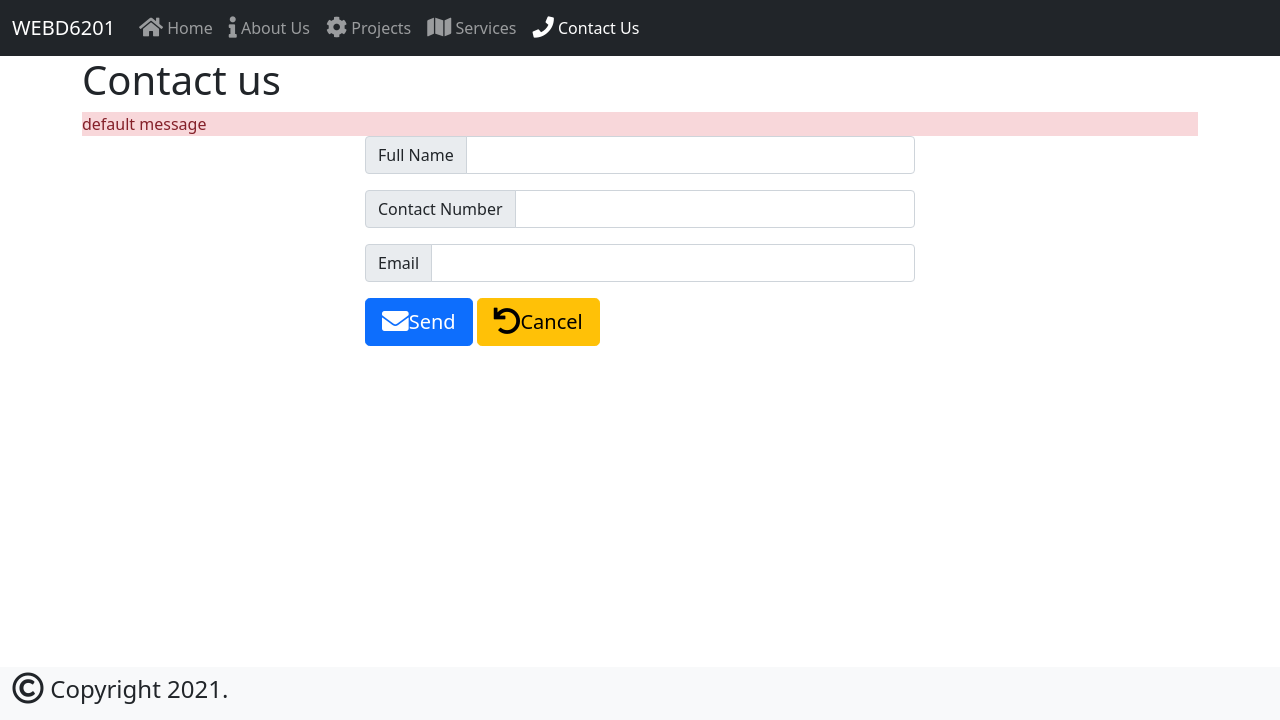
Repository: aphim/Webd6201-wk3
Page: contact.html
The author's editor kept a copy of each file at every save. The page is drawn from the files as they stood at one save, then again after the next save.
The browser window is 1280 px wide. The pictures show the whole page.

Above is the page before, as saved 2021-01-21 09:45:54.

### contact.html
<!DOCTYPE html>
<html lang="en">
<head>
    <meta charset="UTF-8">
    <meta name="viewport" content="width=device-width, initial-scale=1.0">
    <title>Contact</title>
    <!-- CSS Section -->
    <link rel="stylesheet" href="./node_modules/bootstrap/dist/css/bootstrap.min.css">
    <link rel="stylesheet" href="./node_modules/@fortawesome/fontawesome-free/css/all.min.css">
    <link rel="stylesheet" href="./Content/app.css">
</head>
<body>
  <!-- Main Header-->
    <header>
      <!-- Main navigation-->
        <nav class="navbar navbar-expand-lg navbar-dark bg-dark">
            <div class="container-fluid">
              <a class="navbar-brand" href="index.html">WEBD6201</a>
              <button class="navbar-toggler" type="button" data-bs-toggle="collapse" data-bs-target="#navbarSupportedContent" aria-controls="navbarSupportedContent" aria-expanded="false" aria-label="Toggle navigation">
                <span class="navbar-toggler-icon"></span>
              </button>
              <div class="collapse navbar-collapse" id="navbarSupportedContent">
                <ul class="navbar-nav me-auto mb-2 mb-lg-0">
                  <li class="nav-item">
                    <a class="nav-link" aria-current="page" href="index.html"><i class="fas fa-home fa-lg"></i> Home</a>
                  </li>

                  <li class="nav-item">
                    <a class="nav-link" aria-current="page" href="about.html"><i class="fas fa-info fa-lg"></i> About Us</a>
                  </li>

                  <li class="nav-item">
                    <a class="nav-link" aria-current="page" href="projects.html"><i class="fas fa-cog fa-lg"></i> Projects</a>
                  </li>

                  <li class="nav-item">
                    <a class="nav-link" aria-current="page" href="services.html"><i class="fas fa-map fa-lg"></i> Services</a>
                  </li>

                  <li class="nav-item">
                    <a class="nav-link active" aria-current="page" href="contact.html"><i class="fas fa-phone fa-lg"></i> Contact Us</a>
                  </li>
                </ul>
              </div>
            </div>
          </nav>
    </header>

<!--Main Content-->
    <main class="container">
        <h1>Contact us</h1>
<div id="messageArea" class="alert-danger">default message</div>


<div class="row justify-content-lg-center g-3">
  <form class="col-lg-6 col-md-10 col-sm-10">

    <div class="input-group mb-3">
      <label class="input-group-text" id="inputGroup-sizing-defualt">Full Name</label>
      <input id="fullName" type="text" class="form-control" id="Full Name" aria-describedby="Full Name Input"
      name="fullName" required>
    </div>

    <div class="input-group mb-3">
      <label class="input-group-text" id="inputGroup-sizing-defualt">Contact Number</label>
      <input id="contactNumber" type="tel" class="form-control" id="Contact Number" aria-describedby="Contact Number Input"
      name="contactNumber" required>
    </div>

    <div class="input-group mb-3">
      <label class="input-group-text" id="inputGroup-sizing-defualt">Email</label>
      <input id="emailAddress" type="email" class="form-control" id="Email Address" aria-describedby="Email Address Input"
      name="emailAddress" required>
    </div>

    <button type="submit" class="btn btn-primary btn-lg"><i class="fas fa-envelope fa-lg"></i>Send</button>
    <button type="reset" class="btn btn-warning btn-lg"><i class="fas fa-undo fa-lg"></i>Cancel</button>
  </form>
</div>
    </main>

    <!-- Main footer-->
    <footer>
        <nav class="navbar fixed-bottom navbar-light bg-light">
            <div class="container-fluid">
              <h4><i class="far fa-copyright fa-lg"></i> Copyright 2021.</h4>
            </div>
          </nav>
    </footer>

    <!-- Script Section-->
    <script src="./node_modules/jquery/dist/jquery.min.js"></script>
    <script src="./node_modules/bootstrap/dist/js/bootstrap.bundle.min.js"></script>
    <script src="./Scripts/app.js"></script>
</body>
</html>

### Scripts/app.js
/* custom JavaScript goes here */

//IIFE - Immediately Invoked Function Expression
//AKA - Anonymous Self-Executing Function
//Closure - limits scope leak

"use strict";

(function()
{
function displayHome()
{

        let paragraphOneText = "This is a simple site to demonstrate DOM Manipulation for ICE 1";

        //Different ways to select a paragraph element "paragraph one"
        let paragraphOneElement = document.getElementById("paragraphOne");

        //let paragraphOneParagraph = document.getElementsByTagName("p")[0];
        //let paragraphOneQuery = document.querySelector("p");
        //console.log(paragraphOneElement);
        //console.log(paragraphOneParagraph);
        //console.log(paragraphOneQuery);

        paragraphOneElement.textContent = paragraphOneText;
        paragraphOneElement.className = "fs-5";

        // step 1. Create an element
        let newParagraph = document.createElement("p");
        //step 2. configure element
        newParagraph.setAttribute("id", "paragraphTwo");
        newParagraph.textContent = "...And this is paragraph two";
        //Step 3. select the parent element
        let mainContent = document.getElementsByTagName("main")[0];
        //step 4. Add/insert the element
        mainContent.appendChild(newParagraph);

        newParagraph.className = "fs-6";

        //////another way to add an element ///////
        //let paragraphThree =`<p class="fs-7 fw-bold">And this is the Third Paragraph</p>`;
        //mainContent.innerHTML = paragraphThree;

        let paragraphDiv = document.createElement("div");
        let paragraphThree = `<p id="paragraphThree" class="fs-7 fw-bold">And this is the third paragraph</p>`
        paragraphDiv.innerHTML = paragraphThree;

        //insertion before a node
        //newParagraph.before(paragraphDiv);
        newParagraph.after(paragraphDiv);

        //deletions
        //paragraphOneElement.remove();
        mainContent.removeChild(paragraphOneElement);

        //Update / modification of an element
        //mainContent.firstElementChild.textContent = "Welcome Home!";

        mainContent.innerHTML =
        `<h1 id="firstHeading">Welcome to WEBD6201 - Lab 1</h1>
        <p id="paragraphOne" class="fs-3 fw-bold">This is my first paragraph</p>`

}
function displayAbout()
{

}
function displayProjects()
{

}
function displayServices()
{

}
function displayContact()
{
    let messageArea = document.getElementById("messageArea");
    //messageArea.hidden = true;
    //form validation
    let fullName = document.getElementById("fullName");
    fullName.addEventListener("blur", function()
    {
        if(fullName.value.length < 2)
        {
            fullName.focus();
            fullName.select();
        }
    });
}




    function Start()
    {
        console.log("App Started...");

        switch(document.title)
        {
            case "Home":
                displayHome();
                break;
            case "About":
                displayAbout();
                break;
            case "Projects":
                displayProjects();
                break;
            case "Services":
                displayServices();
                break;
            case "Contact":
                displayContact();
                break;
        }

    }



    window.addEventListener("load", Start);

})();

Loaded but not shown: node_modules/bootstrap/dist/css/bootstrap.min.css (library); node_modules/@fortawesome/fontawesome-free/css/all.min.css (library); Content/app.css (common file); node_modules/jquery/dist/jquery.min.js (library); node_modules/bootstrap/dist/js/bootstrap.bundle.min.js (library)

After the next save:
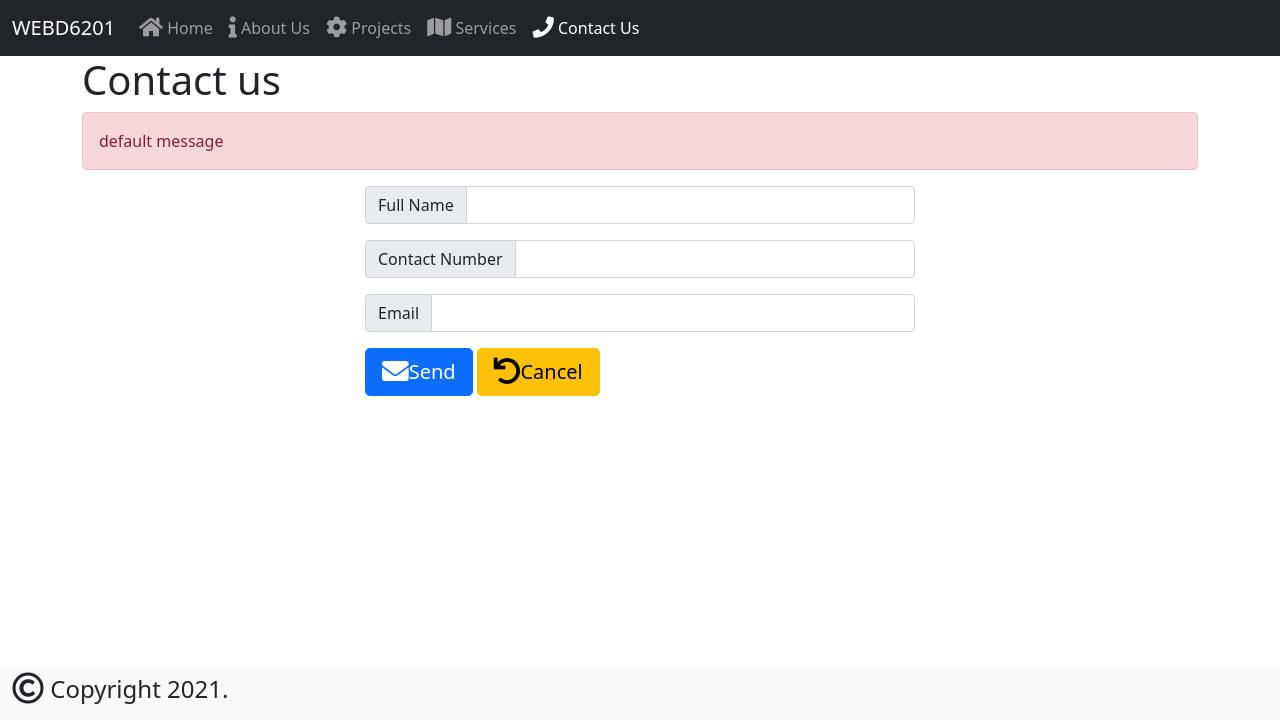
Saved 39 s later.
--- a/contact.html
+++ b/contact.html
@@ -49,7 +49,7 @@
 <!--Main Content-->
     <main class="container">
         <h1>Contact us</h1>
-<div id="messageArea" class="alert-danger">default message</div>
+<div id="messageArea" class="alert alert-danger">default message</div>
 
 
 <div class="row justify-content-lg-center g-3">
